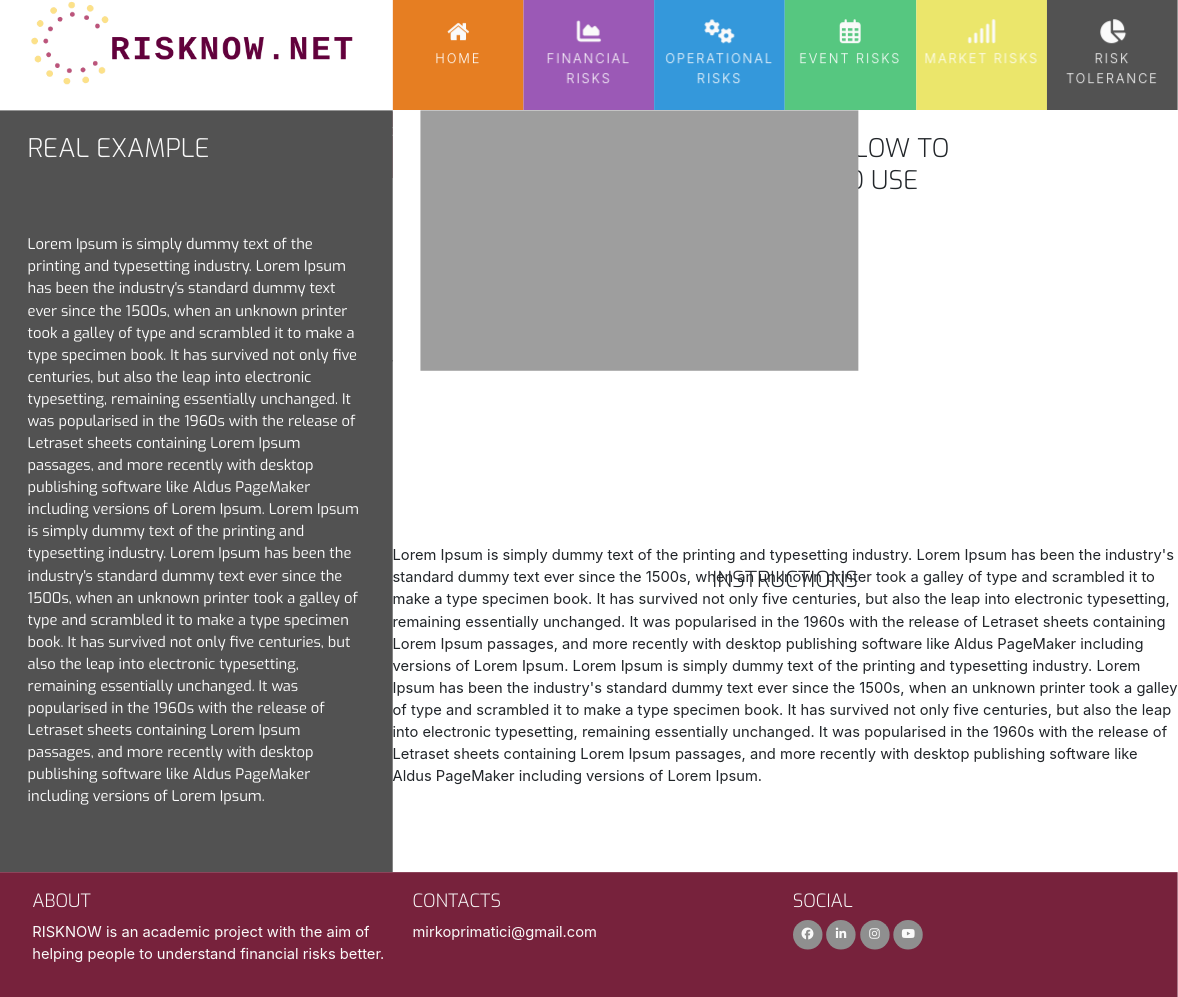
Repository: mirkoprimaticix/risknow.net
Page: index.html
The author's editor kept a record of every edit. The page is drawn from the files as they stood at one moment, then again after the next edit.
The browser window is 1280 px wide. The pictures show the whole page, at 92% of full size.
Pictures or frames that could not be fetched are drawn as grey boxes. Some web libraries are served in a nearby version.

Above is the page before.
Console error: TypeError: Cannot read properties of undefined (reading 'fn')

### index.html
<!DOCTYPE html>
<html lang="en">
<head>
    <meta charset="UTF-8">
    <meta name="viewport" content="width=device-width, initial-scale=1.0">
    <meta http-equiv="X-UA-Compatible" content="ie=edge">
    <link rel="stylesheet" href="https://stackpath.bootstrapcdn.com/bootstrap/4.3.1/css/bootstrap.min.css" integrity="sha384-ggOyR0iXCbMQv3Xipma34MD+dH/1fQ784/j6cY/iJTQUOhcWr7x9JvoRxT2MZw1T" crossorigin="anonymous">
    <script src="https://stackpath.bootstrapcdn.com/bootstrap/4.3.1/js/bootstrap.min.js" integrity="sha384-JjSmVgyd0p3pXB1rRibZUAYoIIy6OrQ6VrjIEaFf/nJGzIxFDsf4x0xIM+B07jRM" crossorigin="anonymous"></script>
    <link rel="stylesheet" href="https://cdnjs.cloudflare.com/ajax/libs/hover.css/2.1.1/css/hover-min.css" type="text/css" />
    <link rel="stylesheet" href="assets/css/style.css" type="text/css" />
    <script src="https://kit.fontawesome.com/079103ba7f.js"></script>
    <link rel="stylesheet" href="https://stackpath.bootstrapcdn.com/font-awesome/4.7.0/css/font-awesome.min.css" type="text/css" />

    <title>RISKNOW</title>
</head>
<body>
    <header>
        <div class = "row no-gutters">
            <a href="index.html" class = "col-md-4 logo">

            </a>
            <div class="col-md-8">
                <div class="row no-gutters">
                    <div class="col">
                        <ul id="nav" class="list-inline menucontainer">
                            <li class="col-6 col-sm-2 list-inline-item ui-menu-color-home menuitem">
                                <a href="index.html" class="hvr-sweep-to-bottom"><i class="fa fa-home" aria-hidden="true"></i><span>Home</span></a>
                            </li>
                            <li class="col-6 col-sm-2 list-inline-item ui-menu-color-fr menuitem">
                                <a href="financialrisk.html" class="hvr-sweep-to-bottom"><i class="fas fa-chart-area" aria-hidden="true"></i><span>Financial Risks</span></a>
                            </li>
                            <li class="col-6 col-sm-2 list-inline-item ui-menu-color-or menuitem">
                                <a href="operationalrisk.html" class="hvr-sweep-to-bottom"><i class="fas fa-cogs" aria-hidden="true"></i><span>Operational Risks</span></a>
                            </li>
                            <li class="col-6 col-sm-2 list-inline-item ui-menu-color-er menuitem">
                                <a href="eventrisk.html" class="hvr-sweep-to-bottom"><i class="far fa-calendar-alt" aria-hidden="true"></i><span>Event Risks</span></a>
                            </li>
                            <li class="col-6 col-sm-2 list-inline-item ui-menu-color-mr menuitem">
                                <a href="marketrisk.html" class="hvr-sweep-to-bottom"><i class="fas fa-signal" aria-hidden="true"></i><span>Market Risks</span></a>
                            </li>
                            <li class="col-6 col-sm-2 list-inline-item ui-menu-color-rt menuitem">
                                <a href="risktolerance.html" class="hvr-sweep-to-bottom"><i class="fas fa-chart-pie" aria-hidden="true"></i><span>Risk Tolerance</span></a>
                            </li>
                        </ul>
                    </div>
                </div>
            </div>
        </div>
    </header>

    <section class="container-fluid">
        <div class="row">
            <div class="col-md-4 bg-color-real-example section-column">
                <div class="row">
                    <div class="col-12">
                        <h3 class="history-heading uppercase">
                            REAL EXAMPLE
                        </h3>
                    </div>
                </div>
                <div class="history-items">
                <p class= "story-color">
                    Lorem Ipsum is simply dummy text of the printing and typesetting industry.
                    Lorem Ipsum has been the industry's standard dummy text ever since the 1500s, when an unknown
                    printer took a galley of type and scrambled it to make a type specimen book. It has survived not only five
                    centuries, but also the leap into electronic typesetting, remaining essentially unchanged. It was popularised in the
                    1960s with the release of Letraset sheets containing
                    Lorem Ipsum passages, and more recently with desktop publishing software like Aldus PageMaker including versions of Lorem Ipsum.
                    Lorem Ipsum is simply dummy text of the printing and typesetting industry.
                    Lorem Ipsum has been the industry's standard dummy text ever since the 1500s, when an unknown
                    printer took a galley of type and scrambled it to make a type specimen book. It has survived not only five
                    centuries, but also the leap into electronic typesetting, remaining essentially unchanged. It was popularised in the
                    1960s with the release of Letraset sheets containing
                    Lorem Ipsum passages, and more recently with desktop publishing software like Aldus PageMaker including versions of Lorem Ipsum.
                </p>
                </div>
            </div>
            <div class="col-md-8 bg-color-three-reasons section-column">
                <div class="row">
                    <div class="col">
                        <h3 class="section-heading uppercase">Watch the video below to understand how to use this website</h3>
                    </div>
                </div>
                <div class="row">
                    <div class="col">
                        <div class="videoWrapper">
                            <iframe width="560" height="349" src="https://www.youtube.com/embed/ehS-k9Ng7Ww" frameborder="0" allowfullscreen></iframe>
                        </div>
                    </div>
                </div>
                <div class="row lecture-color-margin">
                    <div class="col">
                        <h4 class="section-heading uppercase">Instructions</h3>
                    </div>

                    <div class="row">
                        Lorem Ipsum is simply dummy text of the printing and typesetting industry.
                        Lorem Ipsum has been the industry's standard dummy text ever since the 1500s, when an unknown
                        printer took a galley of type and scrambled it to make a type specimen book. It has survived not only five
                        centuries, but also the leap into electronic typesetting, remaining essentially unchanged. It was popularised in the
                        1960s with the release of Letraset sheets containing
                        Lorem Ipsum passages, and more recently with desktop publishing software like Aldus PageMaker including versions of Lorem Ipsum.
                        Lorem Ipsum is simply dummy text of the printing and typesetting industry.
                        Lorem Ipsum has been the industry's standard dummy text ever since the 1500s, when an unknown
                        printer took a galley of type and scrambled it to make a type specimen book. It has survived not only five
                        centuries, but also the leap into electronic typesetting, remaining essentially unchanged. It was popularised in the
                        1960s with the release of Letraset sheets containing
                        Lorem Ipsum passages, and more recently with desktop publishing software like Aldus PageMaker including versions of Lorem Ipsum.
                    </div>
                </div>
            </div>
        </div>

    </section>



    <footer class="container-fluid">
        <div id="footer-details" class="row">
            <div class="col-sm-4">
                <h5 class="uppercase general-sub">About</h5>
                <p class="inline-block">
                    RISKNOW is an academic project with the aim of helping people to understand financial risks better.
                </p>
            </div>
            <div class="col-sm-4">
                <h5 class="uppercase general-sub">Contacts</h5>
                <p class="inline-block">
                    mirkoprimatici@gmail.com
                </p>
            </div>
            <div class="col-sm-4">
                <h5 class="uppercase general-sub">Social</h5>
                <ul class="list-inline social-links">
                    <li class="list-inline-item">
                        <a target="_blank" href="https://www.facebook.com/mirkoprimaticiofficial/">
                            <i class="fab fa-facebook" aria-hidden="true"></i>
                            <span class="sr-only">Facebook</span>
                        </a>
                    </li>
                    <li class="list-inline-item">
                        <a target="_blank" href="https://www.linkedin.com/in/mirko-primatici-a9196514a">
                            <i class="fab fa-linkedin" aria-hidden="true"></i>
                            <span class="sr-only">LinkedIn</span>
                        </a>
                    </li>
                    <li class="list-inline-item">
                        <a target="_blank" href="https://www.instagram.com/mirko_rko">
                            <i class="fab fa-instagram" aria-hidden="true"></i>
                            <span class="sr-only">Instagram</span>
                        </a>
                    </li>
                    <li class="list-inline-item">
                        <a target="_blank" href="https://www.youtube.com/channel/UC_WM-2rRN2VFD-oBAOGrd_Q?view_as=subscriber">
                            <i class="fab fa-youtube" aria-hidden="true"></i>
                            <span class="sr-only">YouTube</span>
                        </a>
                    </li>
                </ul>
            </div>
        </div>
    </footer>
</body>
</html>

### assets/css/style.css
@import url('https://fonts.googleapis.com/css?family=Roboto:100,200,300,400,500,600,700|Exo:100,200,300,400,500,600,700');

/*--------------------------------------------Colors*/

.bg-color-name-title {
    background-color: #676767;
}

.bg-color-three-reasons {
    background-color: #fff;
}

.bg-color-personal-info {
    background-color: #f4f4f4;
}

.bg-color-real-example {
    background-color: #525252;
}

.bg-color-contact {
    background-color: #fff;
}

.ui-menu-color-home {
    background-color: #e67e22;
}

.ui-menu-color-fr {
    background-color: #9b59b6;
}

.ui-menu-color-or {
    background-color: #3498db;
}

.ui-menu-color-er {
    background-color: #56C780;
}

.ui-menu-color-mr {
    background-color: #EBE66B;
}

.ui-menu-color-rt {
    background-color: #525252;
}

.row-table {
    display: table;
}

.section-column {
    display: table-cell;
    padding: 0 30px 30px;
    float: none;
}

.section-heading {
    font-family: "Exo", sans-serif;
    font-weight: 300;
    margin-top: 25px;
    margin-bottom: 40px;
    position: absolute;
    left: 50%;
    transform: translate(-50%);
}

.story-color{
    font-family: "Exo";
    font-weight: 400;
    margin-top: 25px;
    margin-bottom: 40px;
    color: #fefefe;
}

/* ----------------------------------------Special paddings/margins/text */

h1,
h2,
h3,
h4 {
    margin: 0;
}

.uppercase {
    text-transform: uppercase;
}

.general-sub {
    font-family: "Exo", sans-serif;
    font-weight: 300;
    color: #fafafa;
}

.inline-block {
    display: inline-block;
}

.row-table {
    display: table;
}

.section-column {
    display: table-cell;
    padding: 0 30px 30px;
    float: none;
}

.history-heading,
.section-heading {
    font-family: "Exo", sans-serif;
    font-weight: 300;
    margin-top: 25px;
    margin-bottom: 40px;
}

/*--------------------------------------------Heading*/

header {
    margin: 0;
}

.heading {
    margin-left: 50px;
}


.logo {
    background: url("../images/logo.png");
    background-position: center;
    background-repeat: no-repeat;
    background-size: cover;
    min-height: 120px;
    transition: all .5s ease-in-out;
    -moz-transition: all .5s ease-in-out;
    -webkit-transition: all .5s ease-in-out;
}

.name {
    font-family: "Exo", sans-serif;
    font-weight: 100;
    font-size: 46px;
    margin-top: 50px;
    color: #fff;
}

.title {
    font-family: "Roboto", sans-serif;
    font-weight: 200;
    font-size: 28px;
    margin-top: 20px;
    margin-bottom: 90px;
    color: #fff;
}

.list-inline-item:not(:last-child) {
    margin: 0;
}

.menucontainer {
    font-size: 0;
}

#nav li {
    font-size: 14px;
    padding: 0;
}

#nav {
    margin: 0;
}

.menuitem {
    height: 120px;
    text-align: center;
    padding: 0;
}

.menuitem a {
    width: 100%;
    text-decoration: none;
    color: #fff;
    height: 120px;
}

.menuitem a i {
    padding-top: 22px;
    display: block;
    color: #fafafa;
    font-size: 26px;
}

.menuitem span {
    display: block;
    width: 100%;
    padding-top: 5px;
    text-align: center;
    text-transform: uppercase;
    font-size: 14px;
    font-weight: 300;
    letter-spacing: 2px;
}

/*--------------------------------------------Hover.css*/

.hvr-sweep-to-bottom:before {
    background: rgba(0, 0, 0, 0.2);
    height: 120px;
}

/* ----------------------------------------Footer */

footer {
    background-color: #77223C;
    color: #fafafa;
    min-height: 120px;
    margin: 0;
}

.social-links {
    padding-bottom: 15px;
}

.social-links li a i {
    width: 32px;
    height: 32px;
    padding: 12px 0;
    border-radius: 50%;
    font-size: 13px;
    line-height: 7px;
    text-align: center;
    color: #fafafa;
    background: #8f8f8f;
    transition: all 0.35s ease-in-out;
    -moz-transition: all 0.35s ease-in-out;
    -webkit-transition: all 0.35s ease-in-out;
    -o-transition: all 0.35s ease-in-out;
}

.social-links li a i:hover {
    background: #A4FFFA;
}

#footer-details {
    padding: 20px;
}

/* ----------------------------------------Three Reasons */

.three-reasons-icon {
    font-size: 26px;
    color: #e67e22;
}

.three-reasons-heading {
    margin-bottom: 15px;
}

/* ----------------------------------------Personal Info */

.personal-info-item {
    margin-bottom: 20px;
    display: block;
    clear: both;
}

.personal-info-item .key,
.personal-info-item .value {
    padding-right: 8px;
    display: inline-block;
}

.personal-info-item .key p,
.personal-info-item .value p {
    margin: 0;
}

.personal-info-item .key {
    width: 30%;
    margin-right: 21px;
    padding-top: 2px;
    vertical-align: top;
}

.personal-info-item .key p {
    font-weight: 700;
}

.personal-info-item .value {
    position: relative;
    width: 60%;
}

/* ----------------------------------------Skills */

.progress {
    position: relative;
    height: 25px;
    margin-bottom: 4px;
}

.progress-type {
    position: absolute;
    left: 0px;
    font-weight: 400;
    padding: 3px 30px 2px 10px;
    color: #fafafa;
    background-color: rgba(25, 25, 25, 0.2);
}

.progress-section {
    margin: 40px 20px;
}

/* ----------------------------------------Work History */

.history-heading {
    color: #fafafa;
    margin-bottom: 50px;
}

.timeline-item {
    padding: 4em 2em 0em 2em;
    position: relative;
    color: #fafafa;
    border-left: 1px solid;
}

.timeline-item p {
    padding: 0;
    margin: 0;
}

.timeline-item:before {
    content: attr(data-dates);
    position: absolute;
    left: 2.5em;
    top: 3em;
    display: block;
    font-family: "Exo", sans-serif;
    font-weight: 500;
    font-size: 0.8em;
    padding: 0;
    margin: 0;
}

.timeline-item:after {
    width: 12px;
    height: 12px;
    display: block;
    top: 2.4em;
    position: absolute;
    left: -6px;
    border-radius: 12px;
    content: '';
    background: #fafafa;
}

.history-items {
    margin-bottom: 30px;
}

/* ----------------------------------------Contact Form */

.contact-heading {
    font-family: "Exo", sans-serif;
    font-weight: 300;
    margin-top: 25px;
    margin-bottom: 20px;
}

.center-form {
    padding-top: 10px;
    margin: 0 auto;
    max-width: 70%;
}

button[type="submit"] {
    margin-top: 15px;
    margin-bottom: 20px;
    color: #fafafa;
    background-color: #e84610;
}

/* ----------------------------------------Media Queries */

@media(min-width: 992px) {
    .center-form {
        padding-top: 30px;
        min-height: 240px;
        margin: 0 auto;
        max-width: 50%;
    }
}

/* ----------------------------------------Youtube iFrame */

.videoWrapper {
	position: relative;
	padding-bottom: 56.25%; /* 16:9 */
	padding-top: 25px;
	height: 0;
}
.videoWrapper iframe {
	position: absolute;
	top: 0;
	left: 0;
	width: 60%;
	height: 60%;
}

.videoPosition{
    position: absolute;
    left: 50%;
    top:50%;
    transform: translate(50%,50%);
}

After the next edit:
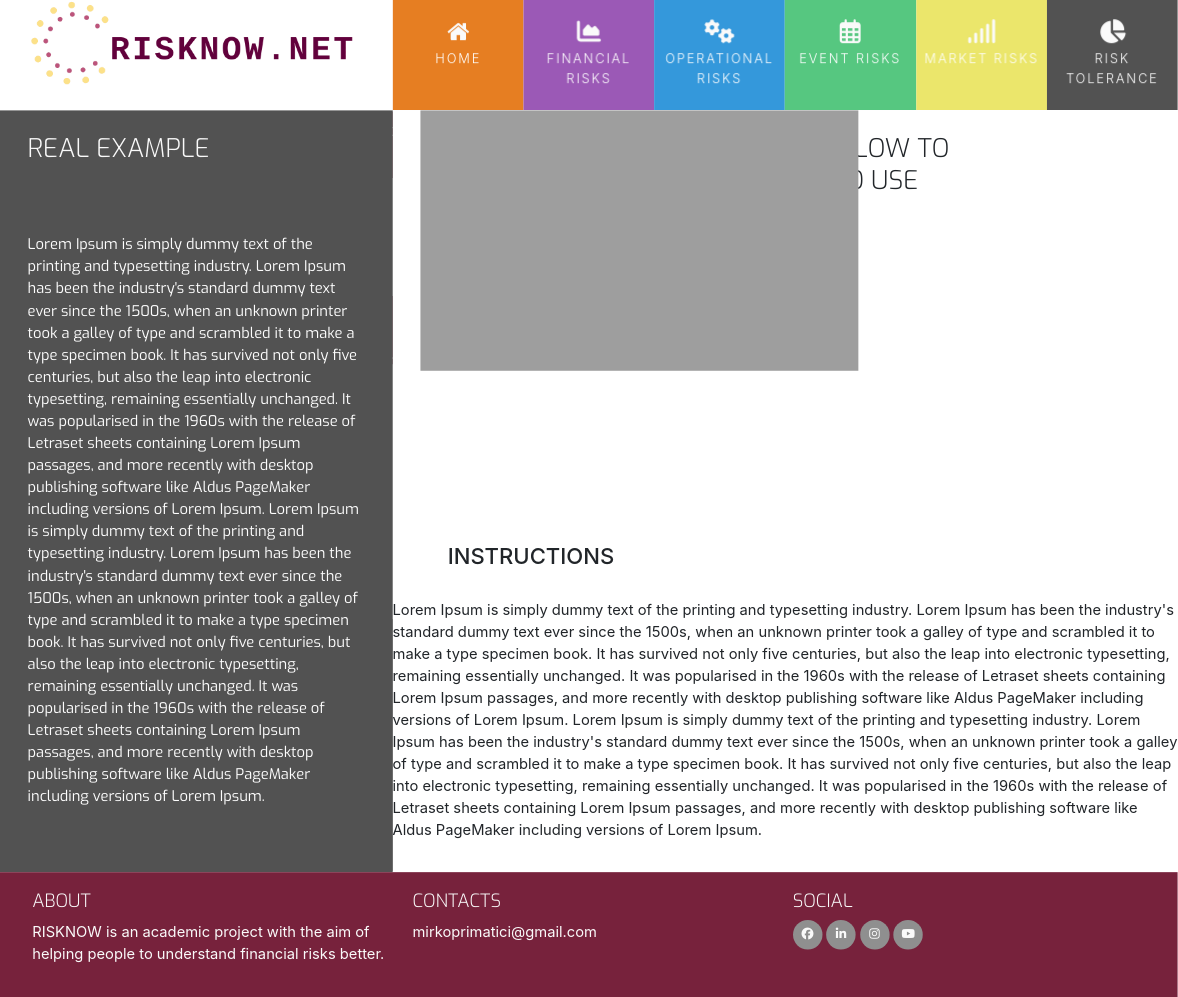
The edit:
--- a/index.html
+++ b/index.html
@@ -90,7 +90,7 @@
                 </div>
                 <div class="row lecture-color-margin">
                     <div class="col">
-                        <h4 class="section-heading uppercase">Instructions</h3>
+                        <h4 class="section-column uppercase">Instructions</h3>
                     </div>
 
                     <div class="row">
